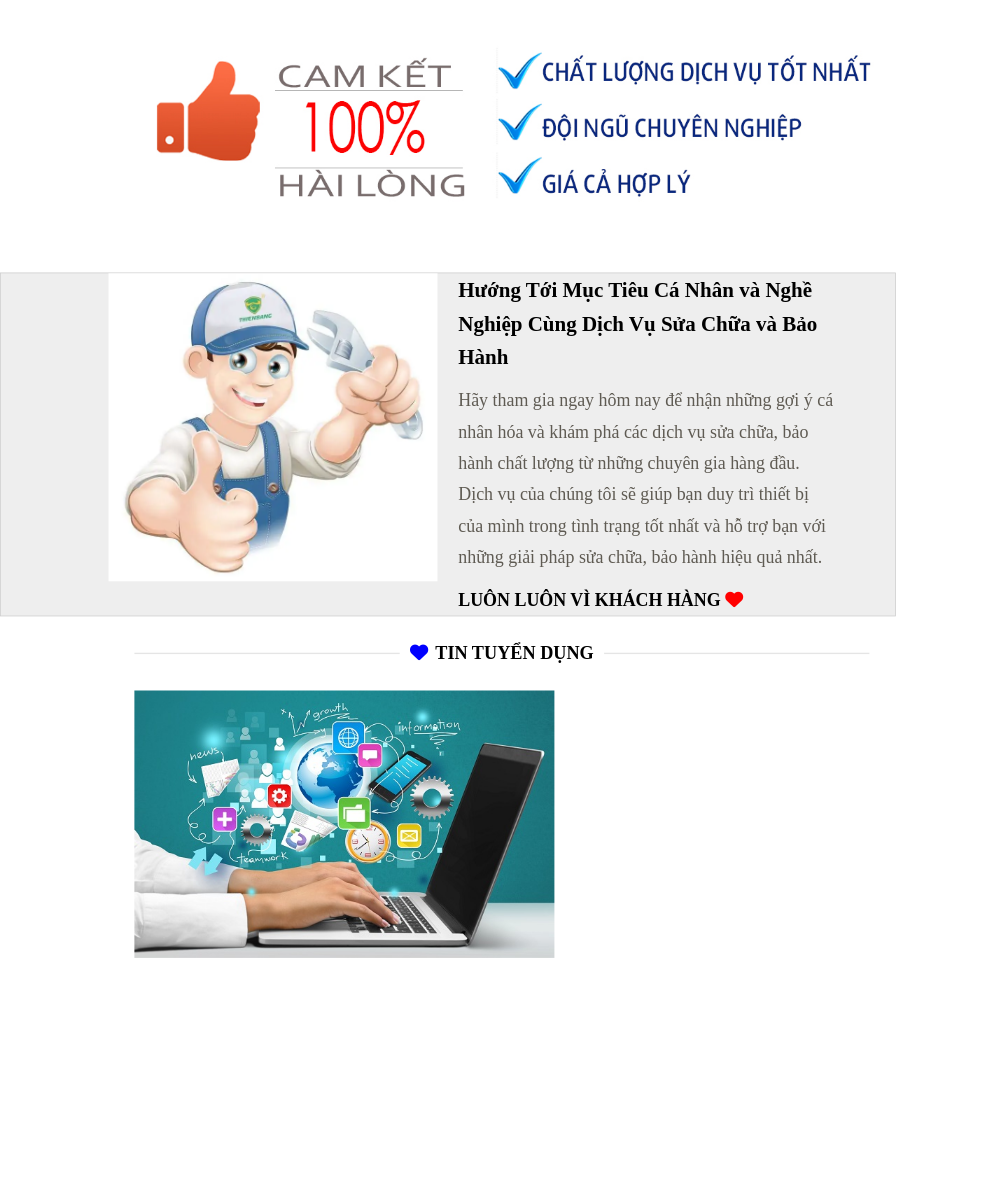
Repository: nguyentrongdai34/tsc-project
Page: index.html
The author's editor kept a copy of each file at every save. The page is drawn from the files as they stood at one save, then again after the next save.
The browser window is 1280 px wide. The page is 1288 px wide, then 1412 px, so the pictures cover 1412 px, including what lies to the right of the window. The pictures show the part of the page from y = 1348 to 3068 px (the page is 3068 px tall), at 70% of full size.

Above is the page before, as saved 2024-12-03 21:10:02.

### index.html
<!DOCTYPE html>
<html lang="en">
  <head>
    <meta charset="UTF-8" />
    <meta name="viewport" content="width=device-width, initial-scale=1.0" />
    <link rel="preconnect" href="https://fonts.googleapis.com" />
    <link rel="preconnect" href="https://fonts.gstatic.com" crossorigin />
    <link
      href="https://fonts.googleapis.com/css2?family=Poppins:wght@300;400;500;600;700&family=Roboto:ital,wght@0,100;0,300;0,400;0,500;0,700;0,900;1,100;1,300;1,400;1,500;1,700;1,900&display=swap"
      rel="stylesheet"
    />
    <link
      rel="stylesheet"
      href="https://cdnjs.cloudflare.com/ajax/libs/font-awesome/6.7.1/css/all.min.css"
      integrity="sha512-5Hs3dF2AEPkpNAR7UiOHba+lRSJNeM2ECkwxUIxC1Q/FLycGTbNapWXB4tP889k5T5Ju8fs4b1P5z/iB4nMfSQ=="
      crossorigin="anonymous"
      referrerpolicy="no-referrer"
    />
    <link rel="stylesheet" href="./reset.css" />
    <link rel="stylesheet" href="./style.css" />
    <title>CÔNG TY CỔ PHẦN DỊCH VỤ CÔNG NGHỆ TSC VIỆT NAM</title>
  </head>
  <body>
    <!-- heaer-main -->
    <div class="header-main">
      <!-- header -->
      <div class="header">
        <!-- logo -->
        <div class="header-logo">
          <img src="./img/Logo-tsc.png" alt="công ty logo" />
        </div>
        <!-- header-slogan -->
        <span class="header-slogan">
          <strong>CÔNG TY CỔ PHẦN DỊCH VỤ CÔNG NGHỆ TSC VIỆT NAM</strong>
        </span>
      </div>
    </div>

    <!-- Hero -->
    <div class="hero">
      <div class="hero-img">
        <img src="./img/tsc1.png" alt="" class="slider-image" />

        <div class="hero-circle">
          <i
            class="circle-left fa-solid fa-circle-chevron-left"
            onclick="prev()"
          ></i>
          <i
            class="circle-right fa-solid fa-circle-chevron-right"
            onclick="next()"
          ></i>
        </div>
      </div>
    </div>

    <!-- Section -->
    <div class="section">
      <div class="section-container">
        <h2 class="section-title">
          <b></b>
          <span class="section-title-main">DỊCH VỤ CỦA TSC SERVICES</span>
          <b></b>
        </h2>
      </div>
      <div class="row">
        <div class="section-gird">
          <div class="grid-item">
            <img src="./img/box-item1.jpg" alt="Image 1" />
            <div class="section-box">
              <span class="box-item-inner">CUNG CẤP THIẾT BỊ TIN HỌC</span>
            </div>
          </div>

          <div class="grid-item">
            <img src="./img/box-item2.jpg" alt="Image 2" />
            <div class="section-box">
              <span class="box-item-inner">SỬA CHỮA TỔNG HỢP</span>
            </div>
          </div>
          <div class="grid-item">
            <img src="./img/box-item3.png" alt="Image 3" />
            <div class="section-box">
              <span class="box-item-inner">TIẾP NHẬN SP CÁC HÃNG </span>
            </div>
          </div>
          <div class="grid-item">
            <img src="./img/box-item4.jpg" alt="Image 4" />
            <div class="section-box">
              <span class="box-item-inner">TƯ VẤN LẮP ĐẶT HỆ THỐNG</span>
            </div>
          </div>
          <div class="grid-item">
            <img src="./img/box-item5.jpg" alt="Image 5" />
            <div class="section-box">
              <span class="box-item-inner">SẢN XUẤT HỘP MỰC</span>
            </div>
          </div>
          <div class="grid-item">
            <img src="./img/box-item6.jpg" alt="Image 6" />
            <div class="section-box">
              <span class="box-item-inner">CHO THUÊ MÁY PHOTO</span>
            </div>
          </div>
        </div>
      </div>
      <div class="section-container">
        <h2 class="section-title">
          <b></b>
          <span class="section-title-main">
            <i class="fa-solid fa-heart"> </i>lý do bạn chọn TSC SERVICES</span
          >
          <b></b>
        </h2>
      </div>

      <div class="banner">
        <img src="./img/tsc-thanks.jpg" alt="" />
      </div>
    </div>

    <!-- fetaures -->
    <div class="features features-2nd" style="height: 500px">
      <div class="main-content">
        <div class="body">
          <div class="images">
            <img
              src="./img/bao-hanh.webp"
              alt="Take the next step toward your personal and professional goals with Lesson."
            />
          </div>
          <div class="content">
            <h2 class="heading_content">
              Hướng Tới Mục Tiêu Cá Nhân và Nghề Nghiệp Cùng Dịch Vụ Sửa Chữa và
              Bảo Hành
            </h2>
            <p class="desc">
              Hãy tham gia ngay hôm nay để nhận những gợi ý cá nhân hóa và khám
              phá các dịch vụ sửa chữa, bảo hành chất lượng từ những chuyên gia
              hàng đầu. Dịch vụ của chúng tôi sẽ giúp bạn duy trì thiết bị của
              mình trong tình trạng tốt nhất và hỗ trợ bạn với những giải pháp
              sửa chữa, bảo hành hiệu quả nhất.
            </p>
            <p class="desc-tsc">
              LUÔN LUÔN VÌ KHÁCH HÀNG <i class="fa-solid fa-heart"></i>
            </p>
          </div>
        </div>
      </div>
    </div>

    <!-- news -->
    <div class="news" style="height: 800px">
      <div class="news-container">
        <h2 class="section-title news-section">
          <b></b>
          <span class="section-title-main tranpernt">
            <i class="fa-solid fa-heart"> </i>tin tuyển dụng</span
          >
          <b></b>
        </h2>
      </div>
      <div class="news-box">
        <!-- item1 -->
        <div class="news-item">
          <img src="./img/box-item1.jpg" alt="" />
          <h3 class="news-strongs"></h3>
          <div class="news-desc"></div>
        </div>
        <!--  -->
      </div>
    </div>

    <script src="./SliderImage.js"></script>
  </body>
</html>

### style.css
.header-main {
  display: flex;
  height: 90px;
}

.header {
  display: flex;
  /* background-color: #ccc; */
  justify-content: space-between;
  flex-direction: column;
  align-items: center;
  width: 100%;
  flex-flow: row nowrap;
  padding-right: 15px;
}

.header-logo img {
  object-fit: cover;
  margin-left: 220px;
  width: 167px;
  height: 62px;
}

.header-slogan {
  margin-right: 220px;
  font-size: 24px;
}

.header-slogan strong {
  text-direction: none;
  font-weight: bolder;
  text-transform: uppercase;
}

/* hero */

.hero {
  cursor: pointer;
  padding: 0 0 30px 0;
}

.hero-img img {
  width: 100%;
  height: 460px;
  position: relative;
  object-fit: cover;
}

.hero-circle {
  top: 42%;
  position: absolute;
}

.hero-circle i {
  color: #ccc;
  font-size: 36px;
}

.hero-circle i:hover {
  transition: color 0.3s ease, background-color 0.3s ease;
  color: #dd3333;
}

.hero-circle {
  width: 100%;
  display: flex;
  justify-content: space-between;
  z-index: 999;
}

.circle-left {
  margin-left: 30px;
}

.circle-right {
  margin-right: 30px;
  width: 36px;
  height: 36px;
}

/* section */
.section {
  width: 1050px;
  margin-left: 15%;
}

.section-title {
  position: relative;
  display: flex;
  flex-flow: row wrap;
  align-items: center;
  justify-content: space-between;
  width: 100%;
  padding-bottom: 40px;
}

.section-title b {
  display: block;
  -ms-flex: 1;
  flex: 1;
  height: 2px;
  opacity: 0.1;
  background-color: currentColor;
}

.section-title-main {
  margin: 0 15px;
  font-size: 26px;
  text-transform: uppercase;
  font-weight: 700;
}

.row {
}

.section-gird {
  display: grid;
  grid-template-columns: repeat(3, 1fr);
  gap: 20px;
  grid-template-rows: auto auto;
  padding-bottom: 85px;
}

.grid-item img {
  width: 338px;
  height: 210px;
  object-fit: cover;
  max-width: 100%;
  cursor: pointer;
}

.grid-item:hover {
  transform: translateY(-10px);
  transition: transform 0.5s cubic-bezier(0.25, 0.1, 0.25, 1);
}

.btn {
  margin-top: 10px; /* Khoảng cách giữa ảnh và button */
  padding: 10px 20px;
  background-color: #c42e2b;
  color: white;
  border: none;
  cursor: pointer;
  font-size: 16px;
  text-transform: uppercase;
  border-radius: 5px;
  transition: background-color 0.3s;
}

.btn:hover {
  background-color: #a02626;
}

.section-box {
  transform: translateY(-3px);
  background-color: rgb(140, 31, 31);
  padding: 15px 15px 20px;
  cursor: pointer;
}

.box-item-inner {
  font-weight: 700;
  font-size: 20px;
  color: #ffffff;
  margin-left: 18px;
}

/* Features */

.features {
  padding-bottom: 30px;
}

.features .body {
  display: flex;
  padding-left: 12%;
  background-color: #eee;
  border: 1px solid #ccc;
}

.features .images {
  display: flex;
  gap: 0 30px;
}

.features .images img {
  width: 270px;
  height: 404px;
  object-fit: cover;
}

.features img.lower {
  margin-top: 34px;
}

.features .content {
  width: 41%;
  display: flex;
  flex-direction: column;
  align-items: flex-start;
  justify-content: center;
}

.features .desc {
  margin-top: 16px;
  font-size: 1.6rem;
  line-height: 1.75;
  color: #5f5b53;
}

.features .content .cta-btn {
  margin-top: 32px;
  min-width: 137px;
  color: #fff;
  background: var(--primary-color);
}

.features-2nd .content {
  width: 48%;
  padding-left: 30px;
}

.features-2nd .images img {
  width: 470px;
  height: 440px;
}

.heading_content {
  font-size: 30px;
  font-weight: 700;
  line-height: 1.6;
}

.desc-tsc {
  margin-top: 16px;
  font-size: 1.6rem;
  line-height: 1.75;
  color: #000;
  font-weight: 600;
}

.desc-tsc i {
  color: red;
}

/* news */
.news {
  width: 1050px;
  padding-left: 15%;
}

.tranpernt i {
  color: blue;
  padding: 0 10px 0 0;
}

.news-section {
}

.news-box {
  display: grid;
  grid-template-columns: repeat(4, 1fr);
  gap: 20px;
  grid-template-rows: auto auto;
}

.news-item {
  height: 135px;
}

### SliderImage.js
let Slider_image = document.querySelector(".slider-image");
let images = ["tsc1.png", "tsc2.png", "tsc3.png", "tsc4.png", "tsc5.png"];
let i = 0; // Giá Trị bắt đầu index

function prev() {
  if (i <= 0) i = images.length;
  i--;
  return setImg();
}

function next() {
  if (i >= images.length - 1) i = -1;
  i++;
  return setImg();
}

function setImg() {
  return Slider_image.setAttribute("src", "./img/" + images[i]);
}

Loaded but not shown: reset.css (common file)

After the next save:
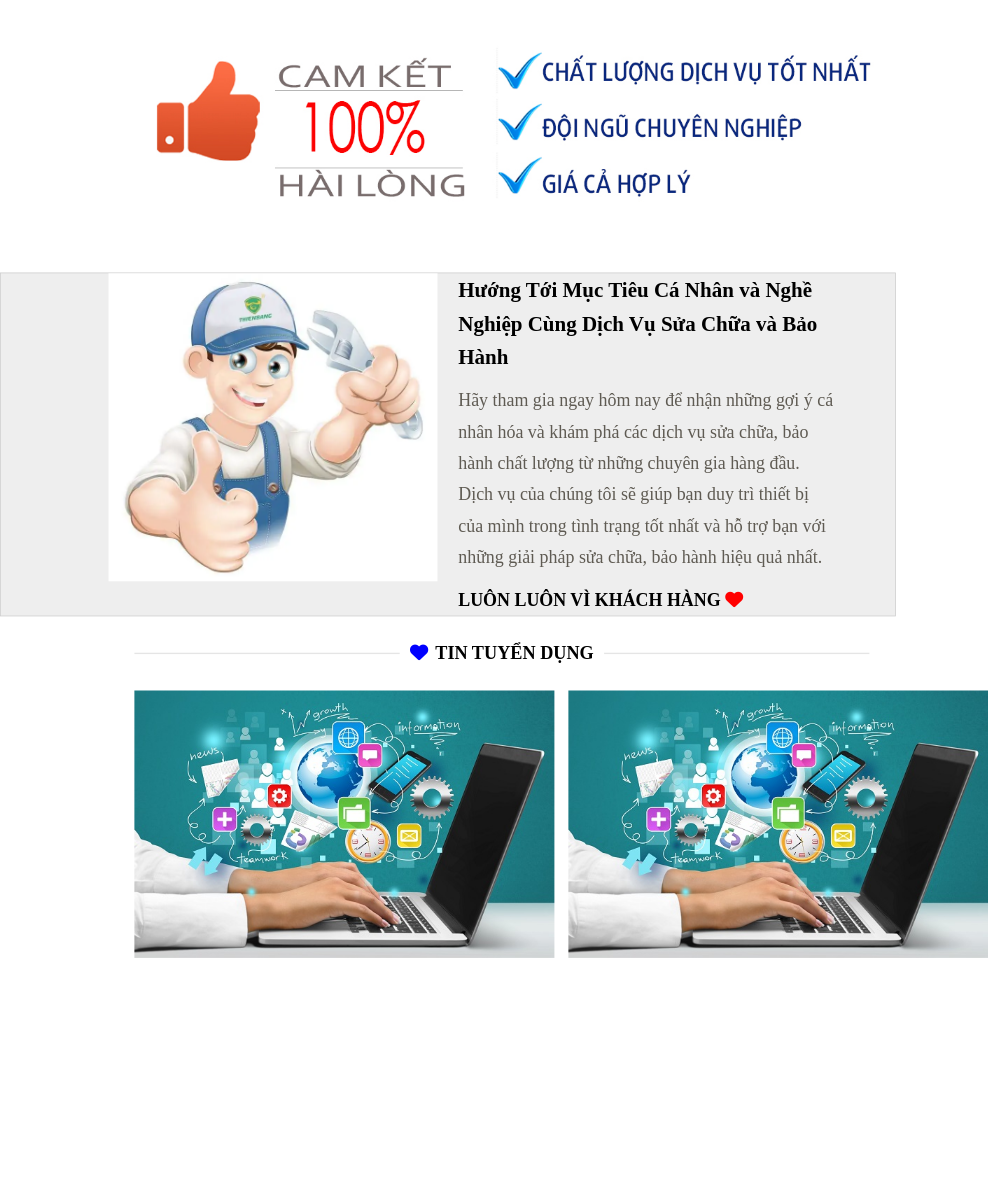
Saved 14 s later.
--- a/index.html
+++ b/index.html
@@ -167,6 +167,11 @@
           <h3 class="news-strongs"></h3>
           <div class="news-desc"></div>
         </div>
+        <div class="news-item">
+          <img src="./img/box-item1.jpg" alt="" />
+          <h3 class="news-strongs"></h3>
+          <div class="news-desc"></div>
+        </div>
         <!--  -->
       </div>
     </div>
